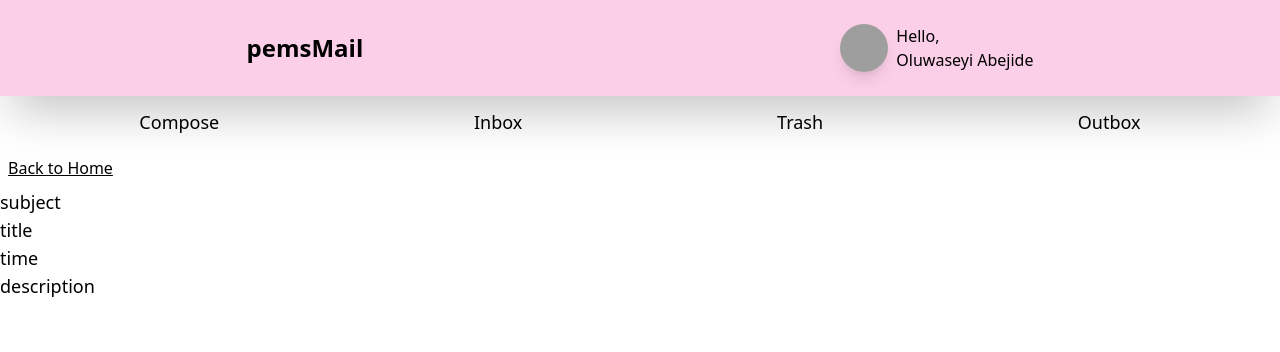
Repository: Semanmernstack/mailclone
Page: /mail
These files come from the project's save history. The page is drawn as it stood at one moment and after the next save; the edit follows.
The browser window is 1280 px wide. The pictures show the whole page.
Pictures or frames that could not be fetched are drawn as grey boxes. The project was rebuilt for these pictures with package versions that can differ from the ones it lists, and the page was loaded fresh each time. Also part of the build but not shown: src/features/counter/Counter.module.css, src/features/counter/Counter.js, src/OpenRow.js, src/Open.js.

Above is the page before, as saved 2023-01-16 03:11:44.

After the next save:
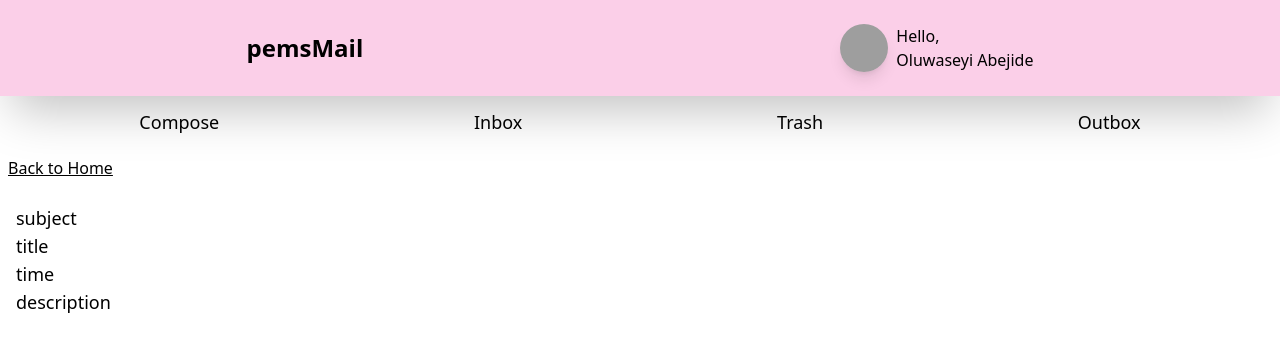
Saved 12 s later.
--- a/src/Mail.js
+++ b/src/Mail.js
@@ -6,7 +6,7 @@ function Mail() {
         <div>
             <p className='p-2 cursor-pointer  hover:text-rose-900 underline'>Back to Home</p>
         </div>
-        <div className="flex flex-col text-lg">
+        <div className="flex flex-col text-lg p-4">
            <div>
                 <p>subject</p>
                 <p>title</p>
